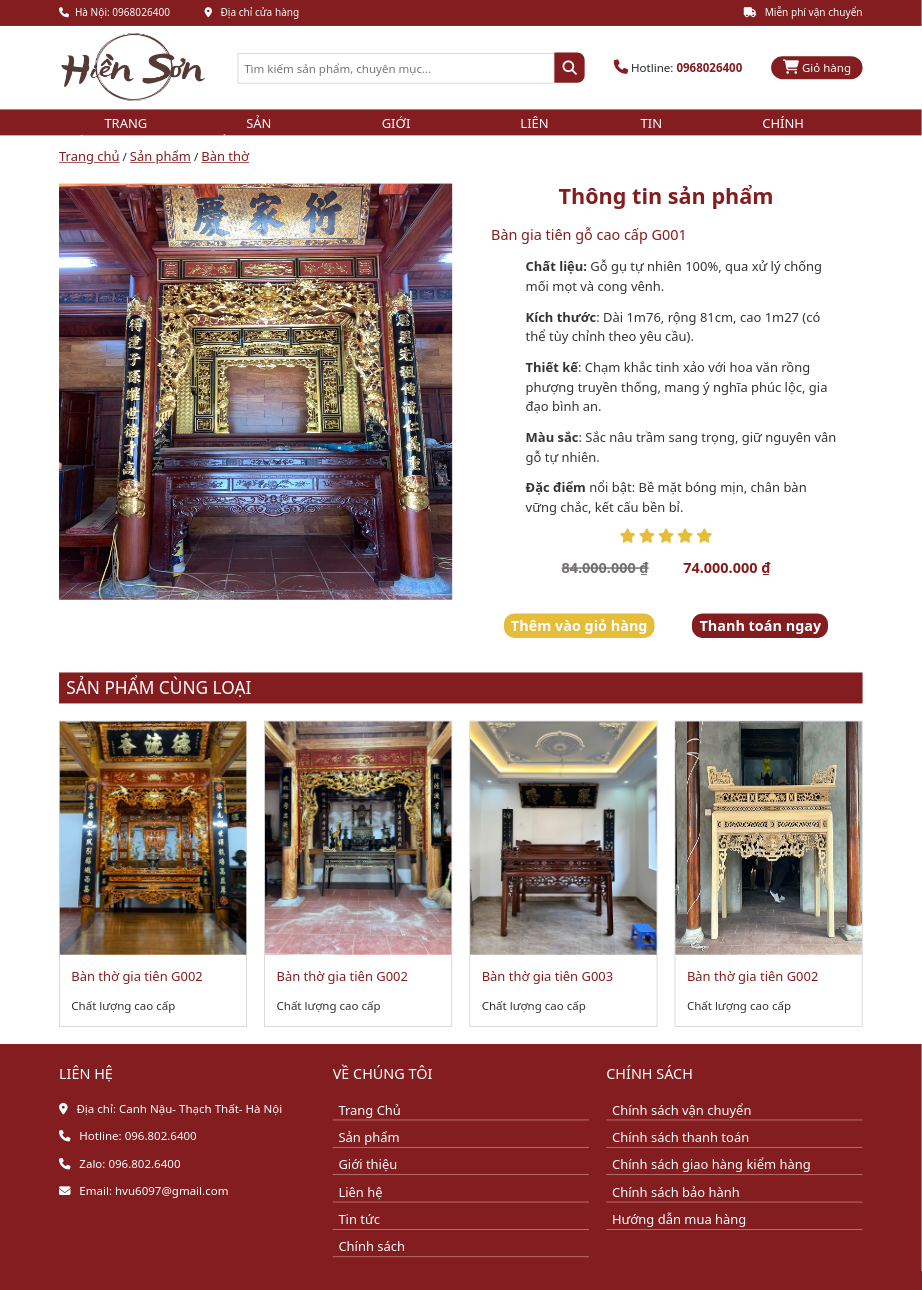
Repository: hoang28092000/do_go_hien_son
Page: product_details/ban_tho-g003.html
These files come from the project's save history. The page is drawn as it stood at one moment and after the next save; the edit follows.
The browser window is 1280 px wide. The pictures show the whole page, at 72% of full size.
Some web libraries are served in a nearby version.

Above is the page before, as saved 2024-08-12 15:55:30.

After the next save:
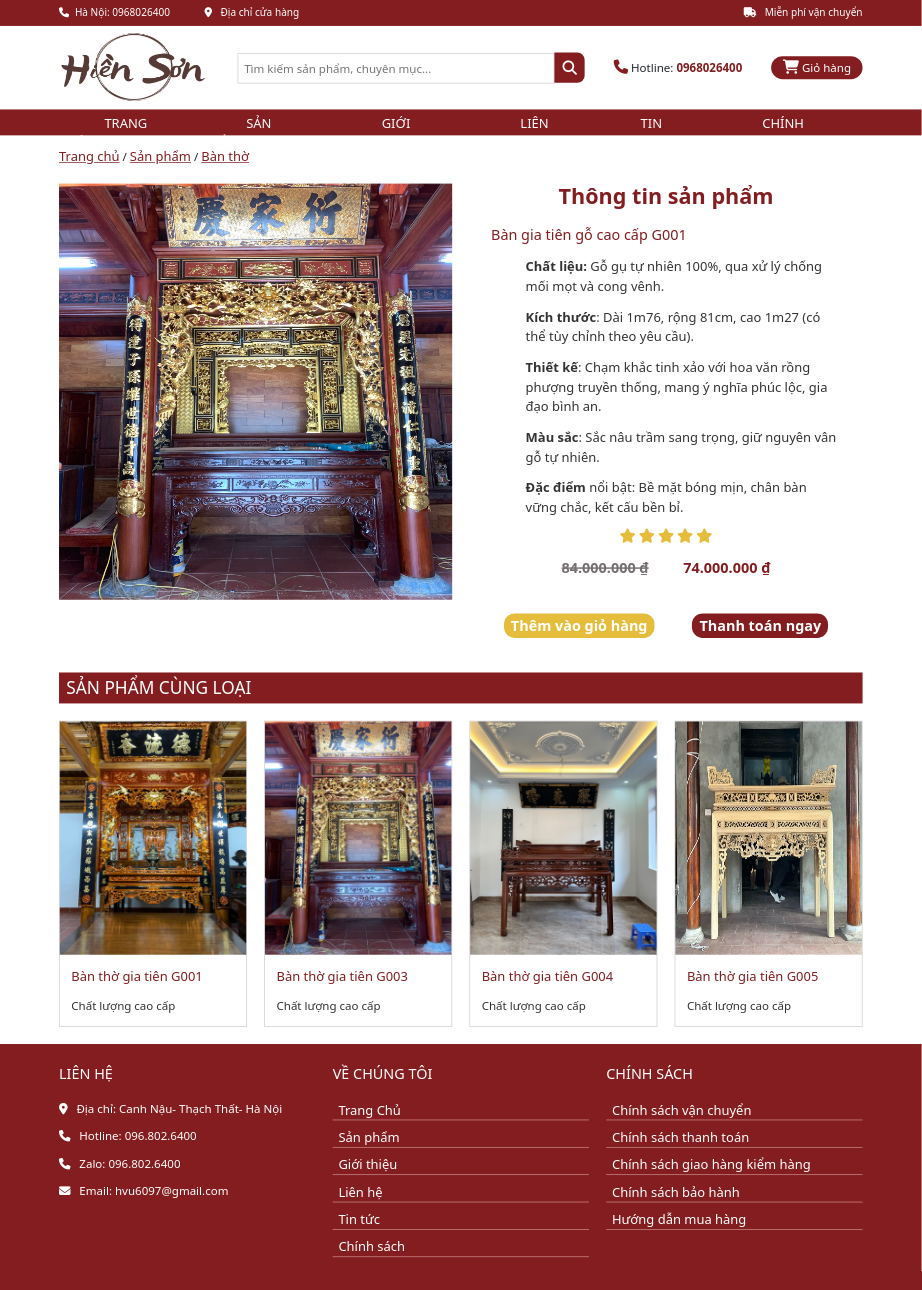
Saved 19 s later.
--- a/product_details/ban_tho-g003.html
+++ b/product_details/ban_tho-g003.html
@@ -132,37 +132,37 @@
             <div class="pd-relate my-4">
                 <div class="row">
                     <div class="col-lg-3">
-                        <a href="" class="a-link_pd">
+                        <a href="./ban_tho-g001.html" class="a-link_pd">
                             <div class="card-pd">
                                 <img src="../asset/image/anhn3.jfif" alt="this is picture" class="w-100 img-relate">
-                                <p class="name-product_r mt-3 px-3">Bàn thờ gia tiên G002</p>
-                                <p class="info-pd_r px-3">Chất lượng cao cấp</p>
-                            </div>
-                        </a>
-                    </div>
-                    <div class="col-lg-3">
-                        <a href="" class="a-link_pd">
-                            <div class="card-pd">
-                                <img src="../asset/image/anhn12.jfif" alt="this is picture" class="w-100 img-relate">
-                                <p class="name-product_r mt-3 px-3">Bàn thờ gia tiên G002</p>
-                                <p class="info-pd_r px-3">Chất lượng cao cấp</p>
-                            </div>
-                        </a>
-                    </div>
-                    <div class="col-lg-3">
-                        <a href="" class="a-link_pd">
+                                <p class="name-product_r mt-3 px-3">Bàn thờ gia tiên G001</p>
+                                <p class="info-pd_r px-3">Chất lượng cao cấp</p>
+                            </div>
+                        </a>
+                    </div>
+                    <div class="col-lg-3">
+                        <a href="./ban_tho-g003.html" class="a-link_pd">
+                            <div class="card-pd">
+                                <img src="../asset/image/anhn4.jfif" alt="this is picture" class="w-100 img-relate">
+                                <p class="name-product_r mt-3 px-3">Bàn thờ gia tiên G003</p>
+                                <p class="info-pd_r px-3">Chất lượng cao cấp</p>
+                            </div>
+                        </a>
+                    </div>
+                    <div class="col-lg-3">
+                        <a href="./ban_tho-g004.html" class="a-link_pd">
                             <div class="card-pd">
                                 <img src="../asset/image/anhn5.jfif" alt="this is picture" class="w-100 img-relate">
-                                <p class="name-product_r mt-3 px-3">Bàn thờ gia tiên G003</p>
-                                <p class="info-pd_r px-3">Chất lượng cao cấp</p>
-                            </div>
-                        </a>
-                    </div>
-                    <div class="col-lg-3">
-                        <a href="" class="a-link_pd">
+                                <p class="name-product_r mt-3 px-3">Bàn thờ gia tiên G004</p>
+                                <p class="info-pd_r px-3">Chất lượng cao cấp</p>
+                            </div>
+                        </a>
+                    </div>
+                    <div class="col-lg-3">
+                        <a href="./ban_tho-g005.html" class="a-link_pd">
                             <div class="card-pd">
                                 <img src="../asset/image/anhn7.jfif" alt="this is picture" class="w-100 img-relate">
-                                <p class="name-product_r mt-3 px-3">Bàn thờ gia tiên G002</p>
+                                <p class="name-product_r mt-3 px-3">Bàn thờ gia tiên G005</p>
                                 <p class="info-pd_r px-3">Chất lượng cao cấp</p>
                             </div>
                         </a>
